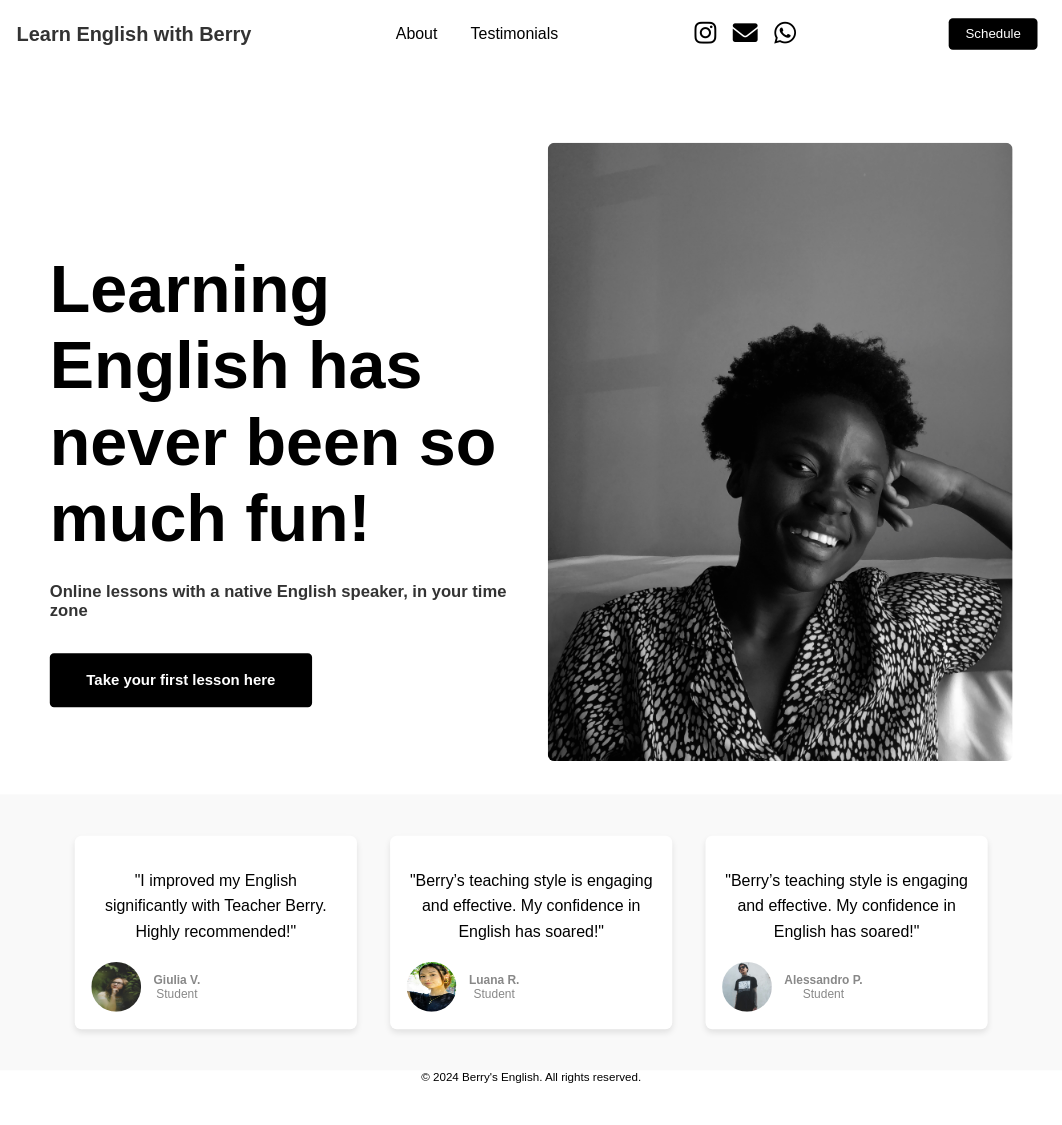
Repository: ntandomagana/esl-landing-page
Page: index.html
The author's editor kept a copy of each file at every save. The page is drawn from the files as they stood at one save, then again after a run of saves.
The browser window is 1280 px wide. The pictures show the whole page, at 83% of full size.

Above is the page before, as saved 2024-07-17 14:33:34.

### index.html
<!DOCTYPE html>
<html lang="en">
<head>
    <meta charset="UTF-8">
    <meta name="viewport" content="width=device-width, initial-scale=1.0">
    <link rel="stylesheet" href="https://cdnjs.cloudflare.com/ajax/libs/font-awesome/6.0.0-beta3/css/all.min.css">

    <title>Berry's English</title>
    <link rel="stylesheet" href="index.css">
</head>
<body>
    <!-- Header Section -->
    <header>
        <div class="header-container">
            <div class="logo"><h1>Learn English with Berry</h1>
            </div>
            <nav>
                <ul>
                    <li><a href="#about">About</a></li>
                    <li><a href="#testimonials">Testimonials</a></li>

                </ul>
            </nav>
            <div class="social-links">
                <a href="#" class="social-link"><i class="fab fa-instagram"></i></a>
                <a href="mailto:ntandomagana@gmail.com" class="social-link"><i class="fas fa-envelope"></i></a>
                <a href="https://www.instagram.com/ntandoblack_"class="social-link"><i class="fab fa-whatsapp"></i></a>
            </div>
            <a href="#contact" class="schedule-button">Schedule</a>
        </div>
    </header>

    <!-- Left and right division -->
     <section class="content-section">
        <div class="content-wrapper">
            <div class="left-content">
                <h2>Learning English has <br />
                    never been so much fun!</h2>
                <p>Online lessons with a native English speaker, in your time zone</p>
                <a href="https://calendar.google.com/calendar/u/0/r" target="_blank" class="action-button">Take your first lesson here</a>
            </div>

            <div class="right-content">
                <img src="./assets/bwpp.jpg" alt="Teacher Berry's Image">
            </div>
        </div>

        <section id="testimonials" class="testimonials-section">
    <div class="testimonials-container">
        <div class="testimonial-item">
            <div class="testimonial-content">
                <p>"I improved my English significantly with Teacher Berry. Highly recommended!"</p>
            </div>
            <div class="testimonial-author">
                <img src="./assets/first.jpg" alt="Testimonial Author">
                <p><strong>Giulia V.</strong><br>Student</p>
            </div>
        </div>

        <div class="testimonial-item">
            <div class="testimonial-content">
                <p>"Berry’s teaching style is engaging and effective. My confidence in English has soared!"</p>
            </div>
            <div class="testimonial-author">
                <img src="./assets/second.jpg" alt="Testimonial Author">
                <p><strong>Luana R.</strong><br>Student</p>
            </div>
        </div>


        <div class="testimonial-item">
            <div class="testimonial-content">
                <p>"Berry’s teaching style is engaging and effective. My confidence in English has soared!"</p>
            </div>
            <div class="testimonial-author">
                <img src="./assets/third.jpg" alt="Testimonial Author">
                <p><strong>Alessandro P.</strong><br>Student</p>
            </div>
        </div>
    </div>

</section>


    <!-- Add more testimonials as needed -->

    <footer>
        <div class="footer-container">
            <p>&copy; 2024 Berry's English. All rights reserved.</p>
        </div>


     </section>
    </footer>
</body>
</html>

### index.css
/* styles.css */

body {
  font-family: Arial, Helvetica, sans-serif;
  margin: 0;
  padding: 0;
  box-sizing: border-box;
}

.header-container {
  display: flex;
  justify-content: space-between;
  align-items: center;
  padding: 10px 20px;
  background-color: white;
}

.logo h1 {
  margin: 0;
  font-size: 24px;
  color: #333;
}

nav ul {
  list-style-type: none;
  padding: 0;
  margin: 0;
  display: flex;
}

nav ul li {
  display: inline;
  margin: 20px; /* Adjust margin to add space between list items */
}

nav ul li:last-child {
  margin-right: 0;
}

nav ul li a {
  color: rgb(2, 2, 2);
  text-decoration: none;
  font-size: 1.2rem;
}

nav ul li a:hover {
  color: black;
  font-weight: bold;
}

.social-links {
  display: flex;
  align-items: center;
  margin-right: 20px;
}

.social-link {
  margin: 0 10px;
  display: inline-block;
  color: black;
  font-size: 30px;
  transition: color 0.3s ease, transform 0.3s ease, box-shadow 0.3s ease;
}

.social-link i {
  color: black;
}

.social-link:hover i {
  color: black;
  transition: black 4s ease-in-out;
  transform: translateY(-5px);
  box-shadow: 0 4px 8px rgba(19, 18, 18, 0.2);
}

.schedule-button {
  padding: 10px 20px;
  background-color: black;
  color: #fff;
  text-decoration: none;
  border-radius: 5px;
  transition: background-color 0.3s ease;
  border: none;
  cursor: pointer;
  margin-right: 10px;
}

.schedule-button:hover {
  background-color: #fff;
  border-color: rgba(0, 0, 0, 0);
  border: solid black;
  color: black;
}

.content-section {
  padding: 50px 0;
  text-align: center;
}

.content-wrapper {
  display: flex;
  justify-content: space-around;
  align-items: stretch;
  max-width: 1200px;
  margin: 20px auto;
}

.left-content {
  flex: 1;
  padding: 20px;
  text-align: left;
  display: flex;
  flex-direction: column;
  justify-content: center;
  align-items: flex-start;
}

.left-content h2 {
  font-size: 5rem;
  align-items: flex-end;
  color: rgb(0, 0, 0);
  margin-bottom: 10px;
  width: 100%;
}

.left-content p {
  font-size: 20px;
  color: #333;
  width: 100%;
  font-weight: bold;

}

.right-content {
  flex: 1;
  padding: 20px;
  text-align: center;
  display: flex;
  justify-content: center;
  align-items: center;
}

.right-content img {
  max-width: 100%;
  height: auto;
  max-height: 800px; /* Example maximum height, adjust as needed */
  border-radius: 8px;
  /* Optional: Adds a subtle shadow */
}

.action-button {
    display: inline-block;
  padding: 18px 40px;
  background-color: black;
  color: #fff;
  border: 4px solid black;
  text-decoration: none;
  border-radius: 5px;
  transition: background-color 0.3s ease;
  margin-top: 20px;
  font-size: 18px;
  font-weight: bold;

}

.action-button:hover {
  background-color: #fff;
  border-color: rgba(0, 0, 0, 0);
  border: 4px solid black;
  color: black;
  margin: 20px;
  padding: 18px 40px;
}


.testimonials-section {
    padding: 50px 0;
    text-align: center;
    background-color: #f9f9f9; /* Light background color */
}

.testimonials-container {
    display: flex;
    justify-content: center; /* Center align items horizontally */
    gap: 20px;
}

.testimonial-item {
    width: 300px; /* Adjust width as needed */
    margin: 0 10px; /* Adjust margin between testimonials */
    padding: 20px;
    background-color: #fff;
    border-radius: 8px;
    box-shadow: 0 4px 8px rgba(0, 0, 0, 0.1); /* Subtle shadow effect */
}

.testimonial-content {
    margin-bottom: 20px;
}

.testimonial-content p {
    font-size: 1.2rem;
    line-height: 1.6;
}

.testimonial-author {
    display: flex;
    align-items: center;
}

.testimonial-author img {
    width: 60px;
    height: 60px;
    border-radius: 50%; /* Rounded avatar */
    margin-right: 15px;
}

.testimonial-author p {
    font-size: 0.9rem;
    color: #888;
}

.testimonial-author strong {
    font-weight: bold;
}

/* index.css */

/* Styles for header, main content, testimonials, etc. */

footer {
    background-color: white;
    color: black;;
    padding:
    text-align: center;
}

.footer-container {
    display: flex;
    justify-content: center;
    align-items: center;
    max-width: 1200px;
    margin: 0 auto;
}

.footer-container p {
    margin: 0;
    font-size: 14px;
}



@media (max-width: 768px) {
    .content-wrapper {
        flex-direction: column; /* Stack columns vertically on smaller screens */
        text-align: center;
    }

    .left-content, .right-content {
        padding: 10px; /* Adjust padding for smaller screens */
    }

    .testimonial-item {
        width: 100%; /* Full width for testimonials on smaller screens */
        margin: 0 0 20px; /* Adjust margin for spacing */
    }
}

After the next 5 saves:
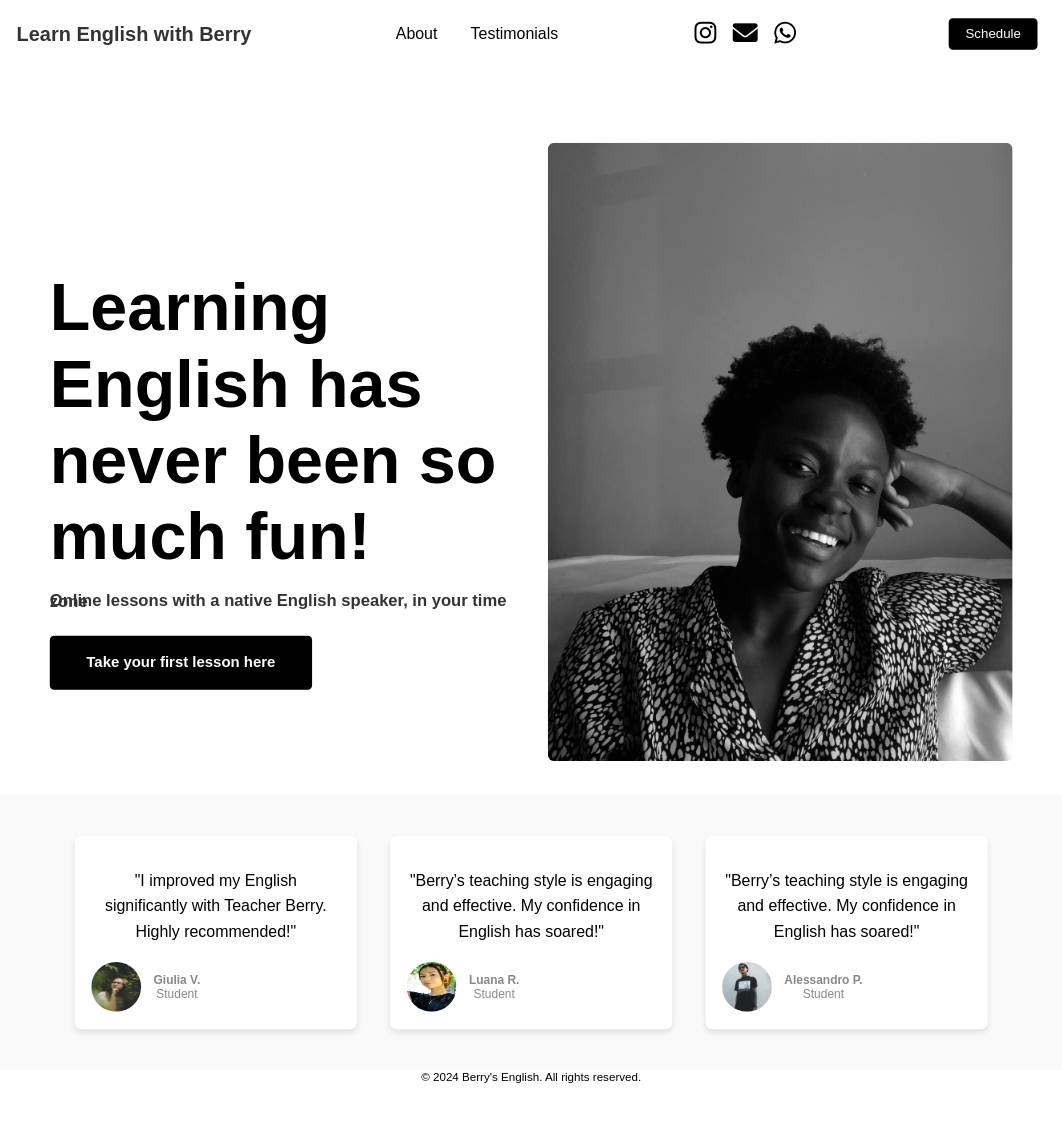
The 5 saves are shown as one change because they came seconds apart.
The last was saved 13 s later.
--- a/index.css
+++ b/index.css
@@ -128,7 +128,7 @@
   color: #333;
   width: 100%;
   font-weight: bold;
-
+  line-height: 1.3px;
 }
 
 .right-content {

After the 3 saves that followed:
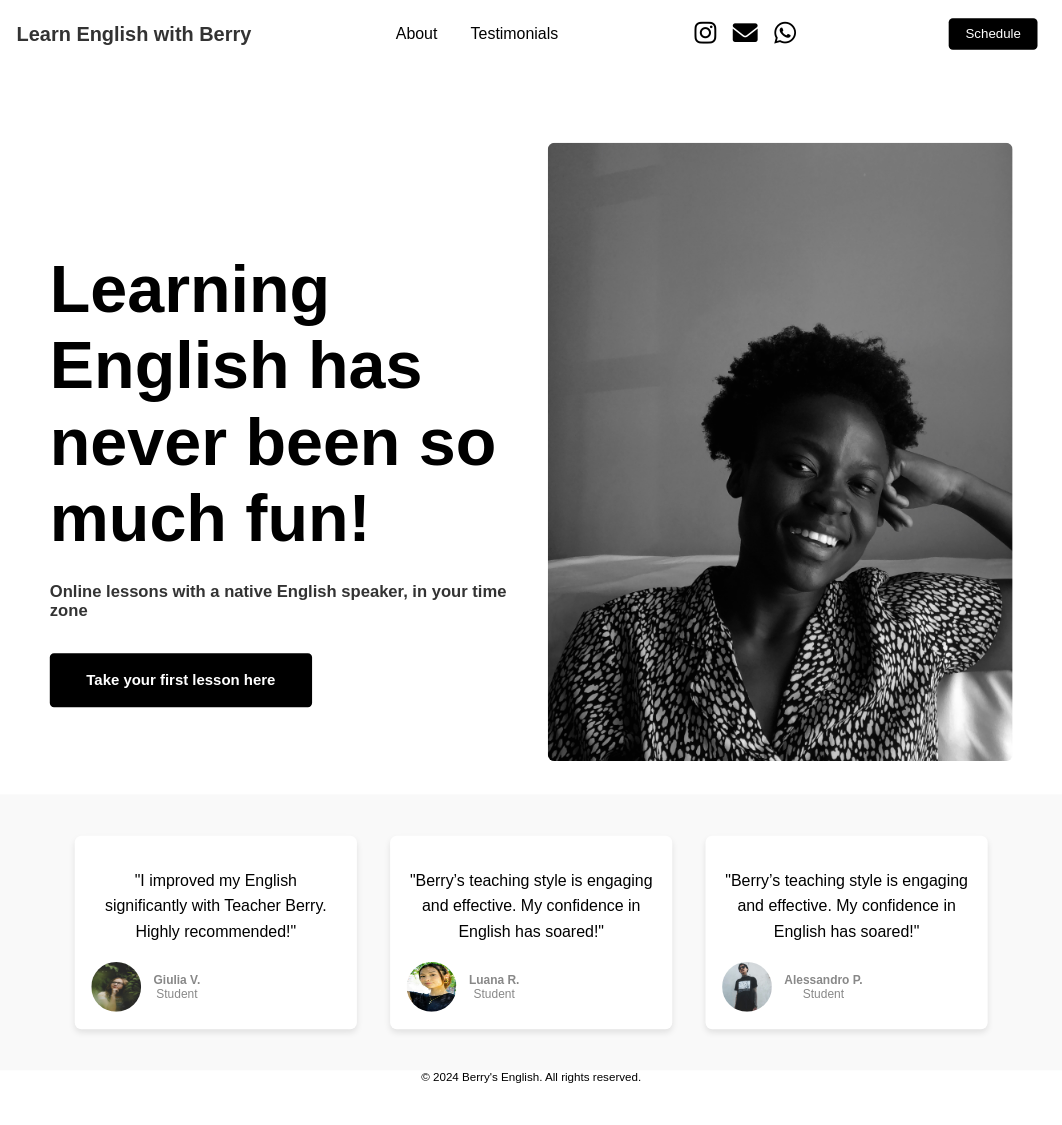
The 3 saves are shown as one change because 1 left the picture as it was and some came seconds apart.
The last was saved 12 s later.
--- a/index.css
+++ b/index.css
@@ -128,7 +128,7 @@
   color: #333;
   width: 100%;
   font-weight: bold;
-  line-height: 1.3px;
+  line-height: 19x;
 }
 
 .right-content {
